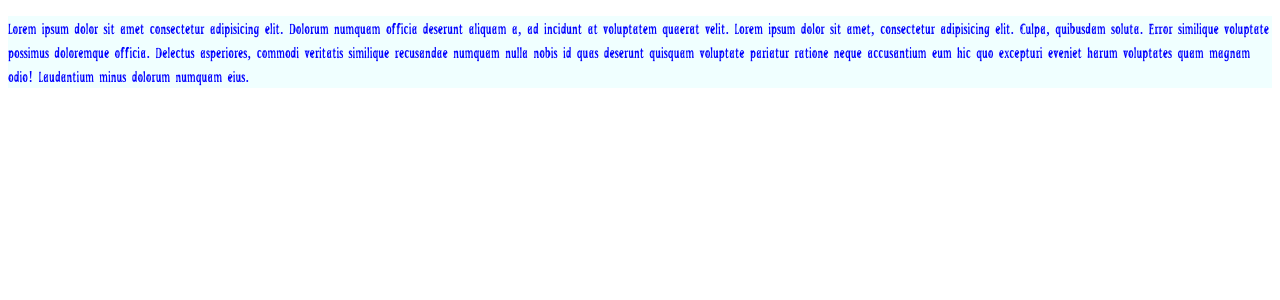
Repository: shazib2023/wtwdt-8
Page: index.html
These files come from the project's save history. The page is drawn as it stood at one moment and after the next save; the edit follows.
The browser window is 1280 px wide. The pictures show the whole page.

Above is the page before, as saved 2023-10-30 15:07:26.

After the next save:
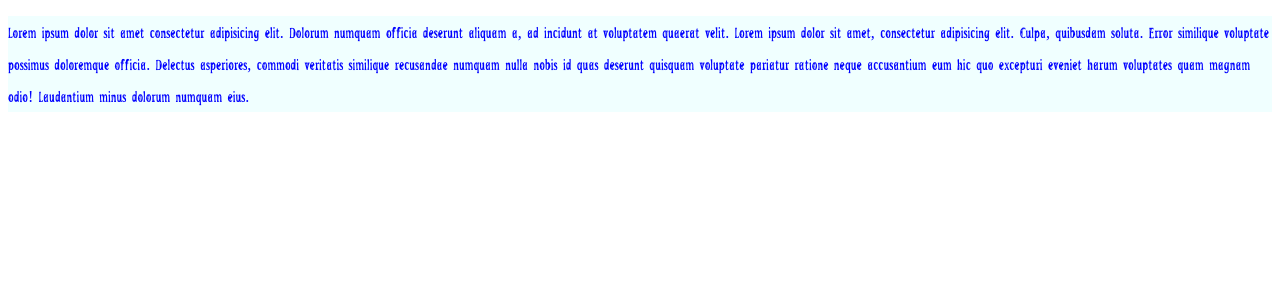
Saved 15 s later.
--- a/css/style.css
+++ b/css/style.css
@@ -1,6 +1,6 @@
 p{
     font-family: devil;
-    line-height: 150%;
+    line-height: 200%;
 }
 @font-face {
     font-family: devil;
